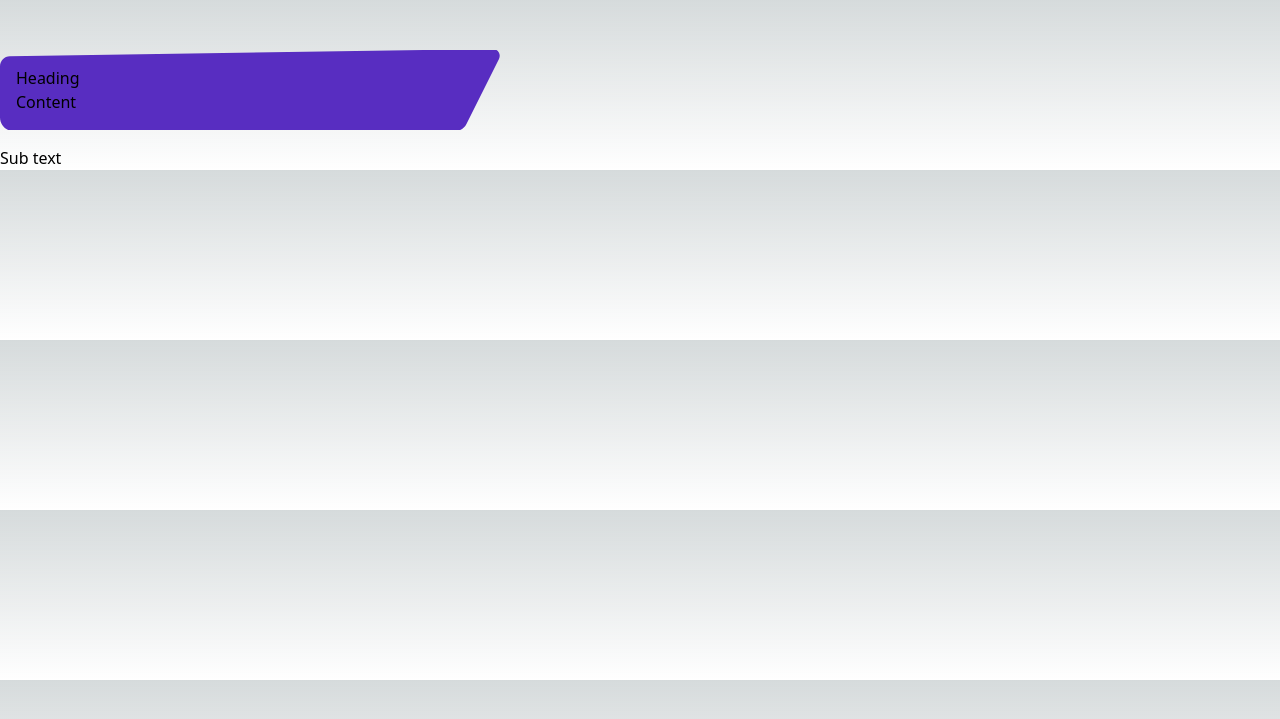
Repository: PreciousOritsedere/jasere-test
Page: /
These files come from the project's save history. The page is drawn as it stood at one moment and after a run of saves; the edit follows.
The browser window is 1280 px wide. The pictures show the whole page.
The project was rebuilt for these pictures with package versions that can differ from the ones it lists, and the page was loaded fresh each time. The framework's server and built-in components were replaced by stand-ins that run in the browser. Also part of the build but not shown: next.config.mjs.

Above is the page before, as saved 2024-03-26 15:35:21.

After the next 4 saves:
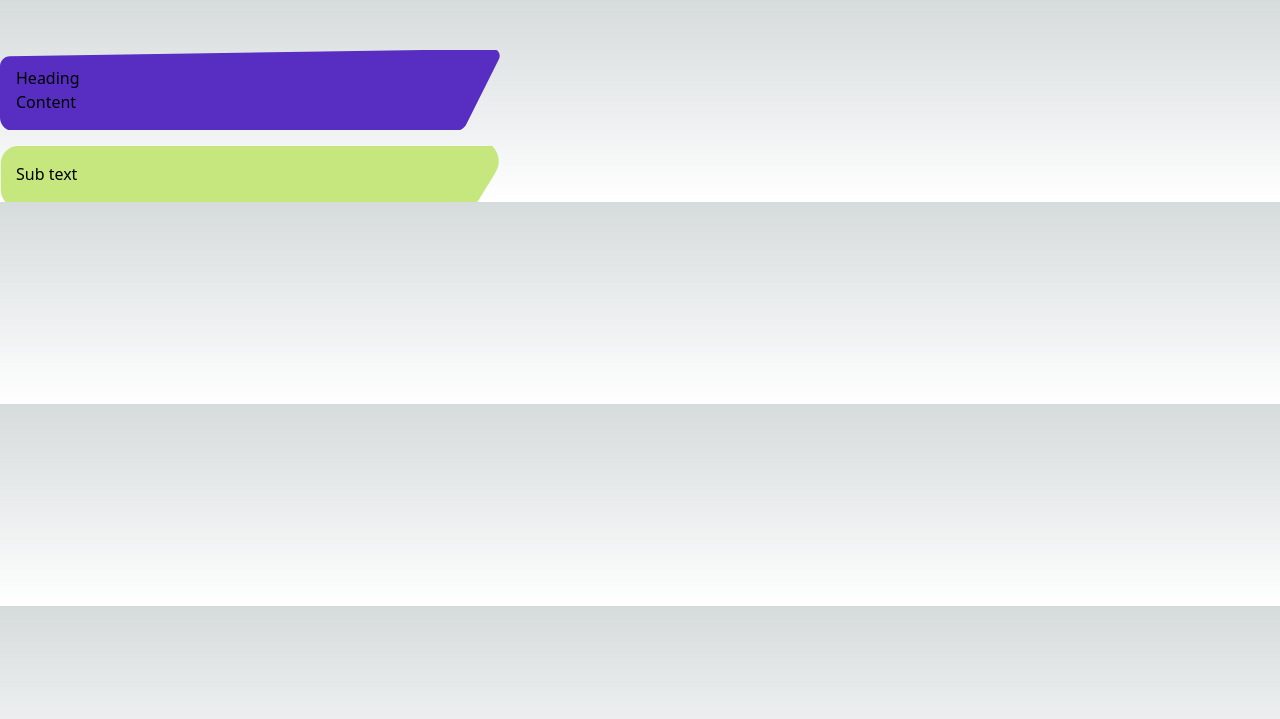
The 4 saves are shown as one change because they came seconds apart.
The last was saved 16 s later.
--- a/src/styles/globals.css
+++ b/src/styles/globals.css
@@ -44,3 +44,16 @@ body {
   background-position: center;
   padding: 16px;
 }
+
+.green {
+  /* Existing styles */
+  position: relative;
+  overflow: hidden; /* Hide overflow */
+  /* Add your background image here, using the path to your SVG */
+  background-image: url('/Rectangle 2.svg');
+  background-size: cover; /* This will cover the entire div with your SVG */
+  background-repeat: no-repeat;
+  /* You might want to adjust this to position your background as needed */
+  background-position: center;
+  padding: 16px;
+}
